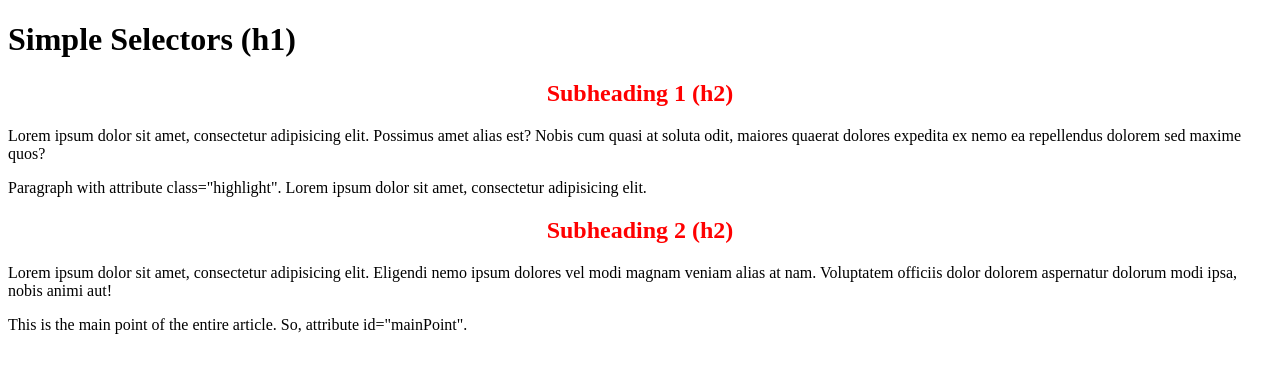
Repository: Aakarshit-Sharma19/Basic-HTML-and-CSS-Page-
Page: test.html
An editor plug-in stored every save of this project. The page is shown before and after the next save, followed by the edit.
The browser window is 1280 px wide. The pictures show the whole page.

Above is the page before, as saved 2020-11-08 10:11:17.

After the next save:
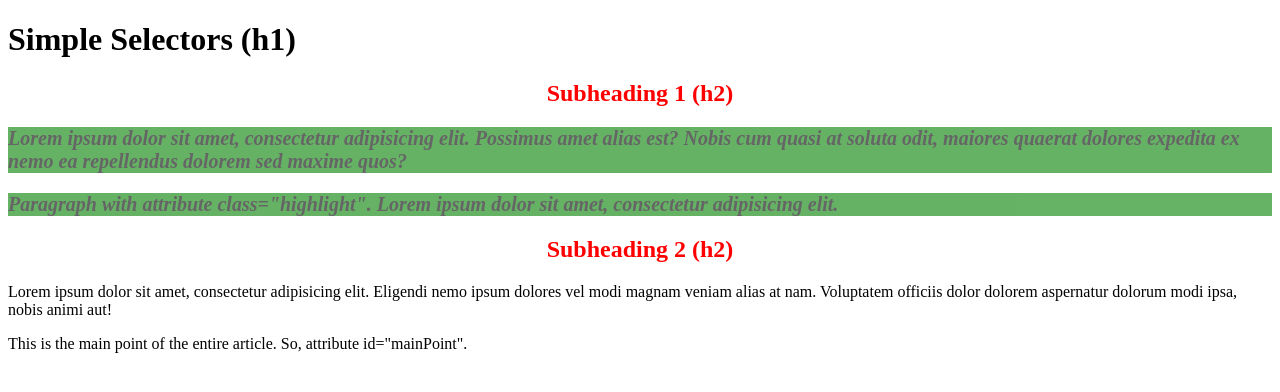
Saved 34 s later.
--- a/test.html
+++ b/test.html
@@ -13,7 +13,7 @@
 
 
     /* all with class="highlight" */
-    xxx {
+    .highlight {
       font-size: 20px;
       font-weight: bold;
       font-style: italic;
